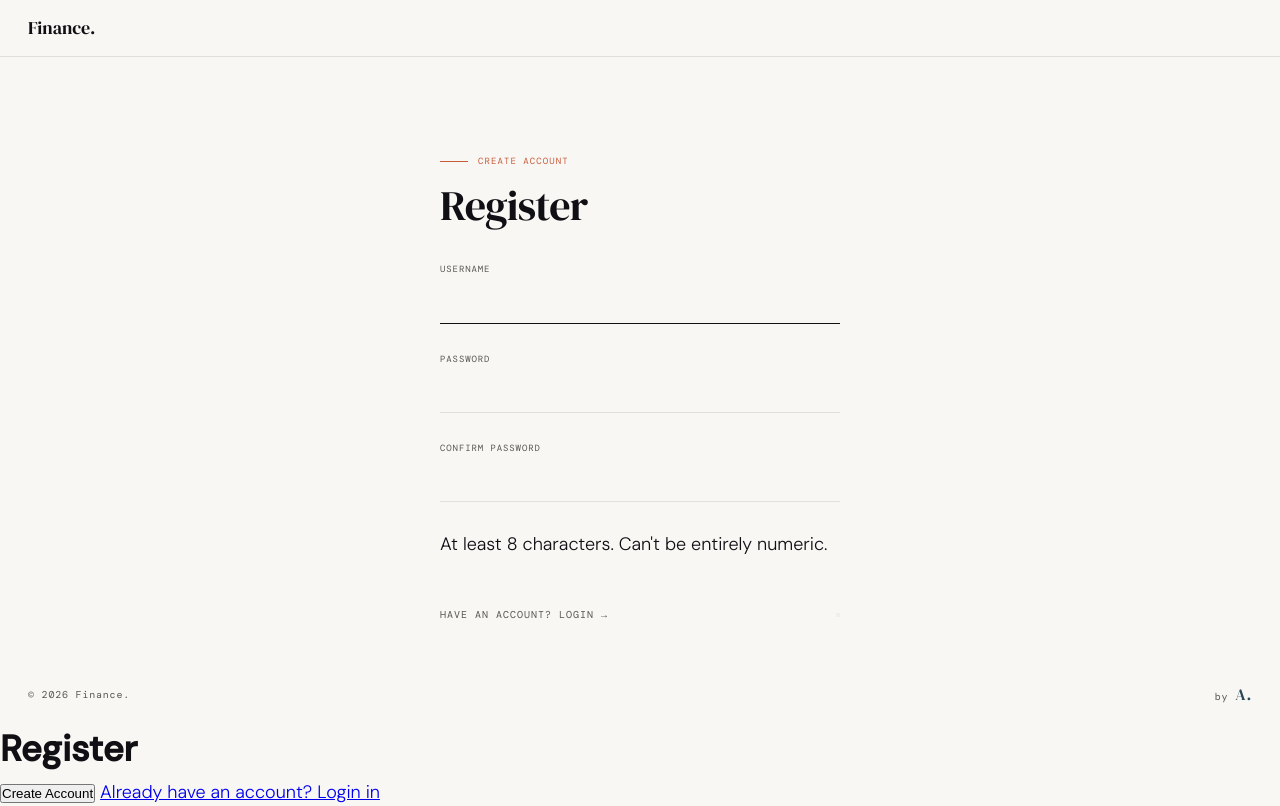
Repository: adtm0/Fined
Page: tracker/templates/tracker/register.html
The author's editor kept a copy of each file at every save. The page is drawn from the files as they stood at one save, then again after a run of saves.
The browser window is 1280 px wide. The pictures show the whole page.
Some web fonts or font styles are not loaded; a fallback is used. The template is drawn by Django 4.2. The application's start-up code is not run. Other server files are loaded and not shown. The template is opened directly, without the code that normally fills it, so the values that code supplies are empty.

Above is the page before, as saved 2026-05-01 21:50:04.

### tracker/templates/tracker/register.html
{% extends 'tracker/base.html' %}

{% block content %}
<div class="auth-page">
  <div class="auth-box">
    <div class="auth-header">
      <p class="section-label">Create account</p>
      <h1 class="auth-title">Register</h1>
    </div>

    {%if form.errors%}
      <p class="auth-error">Please fix the errors below.</p>
    {% endif %}

    <form method="POST">
      {% csrf_token %}
      <label>Username</label>
      <input type="text" name="username" autofocus>

      <label>Password</label>
      <input type="password" name="password1"></input>

      <label>Confirm password</label>
      <input type="password" name="password2"></input>

      <p class="auth-hint">At least 8 characters. Can't be entirely numeric.</p>

      <div class="auth-actions">
        <a href="/login/" class="auth-link">Have an account? Login →</a>
        <button></button>
      </div>

    </form>

  </div>
</div>
<h1 class="mb-4">Register</h1>

  <button type="submit" class="btn btn-primary">Create Account</button>
</form>
<a href="/login" class="mt-3 d-block">Already have an account? Login in</a>
{% endblock %}

### tracker/templates/tracker/base.html
{% load static %}
<!DOCTYPE html>
<html>
  <head>
    <meta name="viewport" content="width=device-width, initial-scale=1.0">
    <title>Fined</title>
    <link rel="stylesheet" href="{% static 'tracker/style.css' %}">
    <link rel="preconnect" href="https://fonts.googleapis.com">
    <link href="https://fonts.googleapis.com/css2?family=DM+Serif+Display:ital@0;1&family=DM+Mono:wght@300;400;500&family=DM+Sans:wght@300;400;500&display=swap" rel="stylesheet">
  </head>
  <body>
    <nav class="navbar">
      <a class="nav-brand" href="/dashboard/">Finance.</a>
      <div class="nav-links">
        {% if user.is_authenticated %}
          <a href="/dashboard/" class="{% if request.resolver_match.url_name == 'dashboard' %} active {% endif %}">Overview</a>
          <a href="/history/" class="{% if request.resolver_match.url_name == 'history' %} active {% endif %}">History</a>
          <a href="/logout/">Logout</a>
        {% endif %}
      </div>
    </nav>
    <div class="page-content">
      {% block content%}{% endblock %}
    </div>
    <footer class="site-footer">
      <span class="footer-copy">&#169; 2026 Finance.</span>
      <a href="https://adtm0.github.io/" target="_blank" class="footer-link">by <span class="footer-a">A.</span></a>
    </footer>
  </body>
</html>

### tracker/static/tracker/style.css
@import url('https://fonts.googleapis.com/css2?family=DM+Serif+Display:ital@0;1&family=DM+Mono:wght@300;400;500&family=DM+Sans:wght@300;400;500&display=swap');

* {
  margin: 0;
  padding: 0;
  box-sizing: border-box;
}

:root {
  --ink: #0f0f14;
  --paper: #f8f7f4;
  --paper2: #f0efe9;
  --muted-dark: #5a5751;
  --border: #e2e0db;
  --accent: #2a4858;
  --accent2: #c85c3a;
  --serif: 'DM Serif Display', serif;
  --sans: 'DM Sans', sans-serif;
  --mono: 'DM Mono', monospace;
}

html {
  font-size: 18px;
}

body {
  background-color: var(--paper);
  font-family: var(--sans);
  font-size: 1rem;
  color: var(--ink);
  font-weight: 300;
  line-height: 1.6;
}

/* ── AUTH PAGES ── */
.auth-page {
  min-height: calc(100vh - 57px);
  display: flex;
  align-items: center;
  justify-content: center;
}

.auth-box {
  width: 100%;
  max-width: 400px;
  padding: 48px 0;
}

.auth-header {
  margin-bottom: 36px;
}

.auth-title {
  font-family: var(--serif);
  font-size: 42px;
  font-weight: normal;
  letter-spacing: -0.02em;
  color: var(--ink);
  line-height: 1;
}

.auth-error {
  font-family: var(--mono);
  font-size: 10px;
  letter-spacing: 0.08em;
  text-transform: uppercase;
  color: var(--accent2);
  margin-bottom: 24px;
  padding-bottom: 16px;
  border-bottom: 1px solid var(--border);
}

.auth-box label {
  display: block;
  font-family: var(--mono);
  font-size: 9px;
  letter-spacing: 0.1em;
  text-transform: uppercase;
  color: var(--muted-dark);
  margin-bottom: 8px;
}

.auth-box input[type="text"],
.auth-box input[type="password"] {
  display: block;
  width: 100%;
  padding: 10px 0;
  font-family: var(--sans);
  font-size: 14px;
  color: var(--ink);
  background: transparent;
  border: none;
  border-bottom: 1px solid var(--border);
  outline: none;
  margin-bottom: 28px;
}

.auth-box input[type="text"]:focus,
.auth-box input[type="password"]:focus {
  border-bottom-color: var(--ink);
}

.auth-actions {
  display: flex;
  align-items: center;
  justify-content: space-between;
  margin-top: 48px;
  padding-top: 0;
  border-top: none;
}

.auth-link {
  font-family: var(--mono);
  font-size: 10px;
  letter-spacing: 0.1em;
  text-transform: uppercase;
  color: var(--muted-dark);
  text-decoration: none;
  transition: color 0.15s;
}

.auth-link:hover {
  color: var(--accent2);
}


/* ── NAVBAR ── */
.navbar {
  display: flex;
  justify-content: space-between;
  align-items: stretch;
  height: 57px;
  border-bottom: 1px solid var(--border);
  background-color: var(--paper);
  padding: 0 28px;
}

.nav-brand {
  font-family: var(--serif);
  font-size: 18px;
  text-decoration: none;
  color: var(--ink);
  display: flex;
  align-items: center;
}

.nav-brand:visited {
  color: var(--ink);
}

.nav-links {
  display: flex;
  align-items: stretch;
}

.nav-links a {
  font-family: var(--mono);
  font-size: 10px;
  letter-spacing: 0.1em;
  text-transform: uppercase;
  text-decoration: none;
  color: var(--muted-dark);
  display: flex;
  align-items: center;
  padding: 0 16px;
  transition: color 0.15s;
}

.nav-links a:hover {
  color: var(--accent2);
}

.nav-links a.active {
  background: var(--accent);
  color: #fff;
}

.page-content {
  overflow: auto;
}

/* ── FOOTER ── */
.site-footer {
  position: fixed;
  bottom: 0;
  left: 0;
  right: 0;
  display: flex;
  justify-content: space-between;
  align-items: center;
  padding: 12px 28px;
  background: var(--paper);
}

.footer-copy {
  font-family: var(--mono);
  font-size: 10px;
  letter-spacing: 0.08em;
  color: var(--muted-dark);
}

.footer-link {
  font-family: var(--mono);
  font-size: 10px;
  letter-spacing: 0.08em;
  color: var(--muted-dark);
  text-decoration: none;
  transition: color 0.15s;
}

.footer-link:hover{
  color: var(--ink);
}

.footer-a {
  font-family: var(--serif);
  font-size: 16px;
  color: var(--accent);
}

.footer-link:hover .footer-a {
  color: var(--accent2);
}

/* ── DASHBOARD GRID ── */
.dashboard-grid {
  display: grid;
  grid-template-columns: 1fr 2fr 1fr;
  min-height: calc(100vh - 57px - 45px);
  border: 1px solid var(--border);
  align-items: stretch;
}

/* ── LEFT PANEL ── */
.left-panel {
  border-right: 1px solid var(--border);
  display: flex;
  flex-direction: column;
}

.left-panel-hero {
  padding: 40px 32px;
  border-bottom: 1px solid var(--border);
}

/* Only "Financial Overview" gets the orange line eyebrow */
.section-label {
  display: flex;
  align-items: center;
  gap: 10px;
  font-family: var(--mono);
  font-size: 9px;
  letter-spacing: 0.12em;
  color: var(--accent2);
  text-transform: uppercase;
  margin-bottom: 16px;
}

.section-label::before {
  content: '';
  display: inline-block;
  width: 28px;
  height: 1px;
  background: var(--accent2);
  flex-shrink: 0;
}

.greeting {
  font-family: var(--serif);
  font-size: 42px;
  font-weight: normal;
  line-height: 1.15;
  letter-spacing: -0.01em;
  margin-bottom: 10px;
}

.greeting em {
  color: var(--accent);
  font-style: italic;
}

.subtext {
  font-family: var(--sans);
  font-size: 12px;
  color: var(--muted-dark);
  font-weight: 300;
  line-height: 1.6;
}

/* Stats */
.stat-block {
  display: flex;
  flex-direction: column;
}

.stat {
  padding: 24px 32px;
  border-bottom: 1px solid var(--border);
}

.stat h2 {
  font-family: var(--serif);
  font-size: 36px;
  font-weight: normal;
  letter-spacing: -0.02em;
  line-height: 1;
  color: var(--ink);
}

.stat p {
  font-family: var(--mono);
  font-size: 9px;
  letter-spacing: 0.1em;
  text-transform: uppercase;
  color: var(--muted-dark);
  margin-top: 4px;
}

/* ── MIDDLE PANEL ── */
.middle-panel {
  border-right: 1px solid var(--border);
  display: flex;
  flex-direction: column;
}

.analytics-box {
  padding: 32px 48px;
  border-bottom: 1px solid var(--border);
  flex: none;
  height: 420px;
  overflow: hidden;
}

.analytics-header {
  display: flex;
  align-items: center;
  justify-content: space-between;
  margin-bottom: 24px;
}

.analytics-title {
  font-family: var(--serif);
  font-size: 20px;
  color: var(--ink);
  font-style: italic;
}

/* Wallets */
.wallets-box {
  padding: 32px 36px;
}

.wallets-header {
  display: flex;
  justify-content: space-between;
  align-items: center;
  margin-bottom: 14px;
}

.wallets-title {
  font-family: var(--serif);
  font-size: 20px;
  color: var(--ink);
  font-style: italic;
}

.add-link {
  font-family: var(--mono);
  font-size: 9px;
  letter-spacing: 0.1em;
  text-transform: uppercase;
  color: var(--muted-dark);
  text-decoration: none;
  padding: 5px 12px;
  border: 1px solid var(--border);
  transition: color 0.15s;
}

.add-link:hover {
  color: var(--accent2);
}

.wallet-item {
  display: flex;
  justify-content: space-between;
  align-items: center;
  padding: 10px 0;
  border-top: 1px solid var(--border);
}

.wallet-item:last-child {
  border-bottom: 1px solid var(--border);
}

.wallet-item a {
  font-family: var(--serif);
  font-size: 14px;
  color: var(--accent);
  text-decoration: none;
}

.wallet-balance {
  font-family: var(--mono);
  font-size: 11px;
  font-weight: 300;
  letter-spacing: 0.1em;
  text-transform: uppercase;
  color: var(--ink);
}

.empty-link {
  font-family: var(--mono);
  font-size: 10px;
  letter-spacing: 0.06em;
  text-transform: uppercase;
  color: var(--muted-dark);
  text-decoration: none;
  display: block;
  padding: 12px 0;
  border-top: 1px solid var(--border);
}

.empty-link:hover {
  color: var(--accent2);
}

/* ── RIGHT PANEL ── */
.right-panel {
  background: var(--paper2);
  display: flex;
  flex-direction: column;
}

.total-balance-box {
  padding: 36px 32px;
  border-bottom: 1px solid var(--border);
}

.balance-eyebrow {
  font-family: var(--mono);
  font-size: 9px;
  letter-spacing: 0.1em;
  text-transform: uppercase;
  color: var(--muted-dark);
  margin-bottom: 10px;
}

.total-balance-box h1 {
  font-family: var(--serif);
  font-size: 48px;
  font-weight: normal;
  letter-spacing: -0.02em;
  line-height: 1;
  color: var(--ink);
}

.balance-sub {
  font-family: var(--sans);
  font-size: 11px;
  color: var(--muted-dark);
  margin-top: 6px;
  font-weight: 300;
}

/* Actions */
.actions-box {
  padding: 28px 32px;
  border-top: 1px solid var(--border);
  margin-top: auto;
}

.actions-label {
  font-family: var(--mono);
  font-size: 9px;
  letter-spacing: 0.1em;
  text-transform: uppercase;
  color: var(--muted-dark);
  margin-bottom: 14px;
}

.action-btn {
  display: flex;
  align-items: center;
  justify-content: space-between;
  padding: 12px 0;
  font-family: var(--mono);
  font-size: 11px;
  letter-spacing: 0.1em;
  text-transform: uppercase;
  text-decoration: none;
  color: var(--ink);
  border-bottom: 1px solid var(--border);
  background: transparent;
  width: 100%;
  cursor: pointer;
  transition: color 0.15s;
  border: none;
  border-bottom: 1px solid var(--border);
  appearance: none;
  -webkit-appearance: none;
}

a.action-btn {
  display: flex;
  align-items: center;
  justify-content: space-between;
}
.action-btn:first-of-type {
  border-top: 1px solid var(--border);
}

.action-btn::after {
  content: '→';
  font-family: var(--mono);
  font-size: 11px;
  color: inherit;
}

.action-btn:hover {
  color: var(--accent2);
}

/* Recent */
.recent-box {
  padding: 28px 32px;
  flex: 1;
}

.recent-label {
  font-family: var(--mono);
  font-size: 9px;
  letter-spacing: 0.1em;
  text-transform: uppercase;
  color: var(--muted-dark);
  margin-bottom: 12px;
}

.recent-item {
  font-family: var(--sans);
  font-size: 13px;
  color: var(--ink);
  padding: 10px 0;
  border-bottom: 1px solid var(--border);
}

.recent-item:first-of-type {
  border-top: 1px solid var(--border);
}

.recent-empty {
  font-family: var(--mono);
  font-size: 9px;
  color: var(--muted-dark);
  letter-spacing: 0.06em;
  text-transform: uppercase;
  padding: 10px 0;
  border-top: 1px solid var(--border);
}

/* ── HISTORY PAGE ── */
.history-page {
  padding: 48px 56px;
  max-width: 1100px;
}

.history-title {
  font-family: var(--serif);
  font-size: 42px;
  font-weight: normal;
  letter-spacing: -0.02em;
  color: var(--ink);
  margin-bottom: 40px;
}

.history-table {
  width: 100%;
  border-collapse: collapse;
}

.history-table thead tr {
  border-bottom: 1px solid var(--border);
}

.history-table th {
  font-family: var(--mono);
  font-size: 9px;
  letter-spacing: 0.1em;
  text-transform: uppercase;
  color: var(--muted-dark);
  text-align: left;
  padding: 0 0 12px 0;
  font-weight: 400;
}

.history-table td {
  font-family: var(--sans);
  font-size: 13px;
  color: var(--ink);
  padding: 14px 0;
  border-bottom: 1px solid var(--border);
}

/* Type column - income green, expense orange */
.history-table td:nth-child(3) {
  font-family: var(--mono);
  font-size: 9px;
  letter-spacing: 0.08em;
  text-transform: uppercase;
}

.type-badge {
  display: inline-block;
  padding: 3px 10px;
  font-family: var(--mono);
  font-size: 9px;
  letter-spacing: 0.08em;
  text-transform: uppercase;
  min-width: 70px;
  text-align: center;
}

.type-badge.income {
  background: #dde6eb;
  color: #1d3340;
}

.type-badge.expense {
  background: #f7e4dc;
  color: #9e3f22;
}

/* Amount column - mono */
.history-table td:nth-child(4) {
  font-family: var(--mono);
  font-size: 13px;
  font-weight: 500;
}

/* ── MODAL ── */
.modal-overlay {
  display: none;
  position: fixed;
  inset: 0;
  background: rgba(15, 15, 20, 0.5);
  z-index: 100;
  align-items: center;
  justify-content: center;
}

.modal {
  background: var(--paper);
  padding: 40px 36px;
  width: 100%;
  max-width: 420px;
  border: 1px solid var(--border)
}

.modal-title {
  font-family: var(--serif);
  font-size: 28px;
  font-weight: normal;
  color: var(--ink);
  margin-bottom: 28px;
}

.modal label {
  display: block;
  font-family: var(--mono);
  font-size: 9px;
  letter-spacing: 0.1em;
  text-transform: uppercase;
  color: var(--muted-dark);
  margin-bottom: 8px;
}

.modal input[type="text"],
.modal input[type="number"],
.modal select {
  display: block;
  width: 100%;
  padding: 10px 0;
  font-family: var(--sans);
  font-size: 14px;
  color: var(--ink);
  background: transparent;
  border: none;
  border-bottom: 1px solid var(--border);
  outline: none;
  margin-bottom: 24px;
}

.modal select {
  appearance: none;
  -webkit-appearance: none;
  background-image: url("data:[embedded picture, 215 characters]");
  background-repeat: no-repeat;
  background-position: right 4px center;
  padding-right: 24px;
  cursor: pointer;
}

.modal input[type="date"] {
  display: block;
  width: 100%;
  padding: 10px 0;
  font-family: var(--sans);
  font-size: 14px;
  color: var(--ink);
  background: transparent;
  border: none;
  border-bottom: 1px solid var(--border);
  outline: none;
  margin-bottom: 24px;
  cursor: pointer;
  -webkit-appearance: none;
  appearance: none
}
.modal input[type="date"]::-webkit-calendar-picker-indicator {
  opacity: 0.35;
  cursor: pointer;
  filter: invert(0.3);
  margin-left: auto;
}

.modal input[type="number"]::-webkit-inner-spin-button,
.modal input[type="number"]::-webkit-outer-spin-button {
  opacity: 0.3;
}

.modal input[type="text"]:focus,
.modal input[type="number"]:focus,
.modal select:focus {
  border-bottom-color: var(--ink);
}

.modal-actions {
  display: flex;
  align-items: center;
  justify-content: flex-end;
  gap: 16px;
  margin-top: 32px;
  padding-top: 24px;
  border-top: 1px solid var(--border);
}

.modal-cancel {
  font-family: var(--mono);
  font-size: 10px;
  letter-spacing: 0.1em;
  text-transform: uppercase;
  background: transparent;
  color: var(--muted-dark);
  border: none;
  cursor: pointer;
  transition: color 0.15s;
  padding: 10px 16px
}

.modal-cancel:hover {
  color: var(--ink);
}

.modal-submit {
  font-family: var(--mono);
  font-size: 10px;
  letter-spacing: 0.1em;
  text-transform: uppercase;
  background: var(--ink);
  color: var(--paper);
  border: none;
  padding: 10px 24px;
  cursor: pointer;
  transition: background 0.15s;
}

.modal-submit:hover {
  background: var(--accent);
}

/* ── ANALYTICS SLIDE NAV ── */
.slides-wrapper {
  position: relative;
  display: flex;
  align-items: center;
  gap: 8px;
}
.slides-content {
  flex: 1;
  min-width: 0;
}

.slide-btn {
  position: absolute;
  top: 50%;
  transform: translateY(-50%);
  z-index: 1;
  background: none;
  border: none;
  font-family: var(--serif);
  font-size: 20px;
  color: var(--muted-dark);
  cursor: pointer;
  padding: 0 4px;
  line-height: 1;
  transition: color 0.15s;
}

.slide-btn:first-child {
  left: -20px;
}
.slide-btn:last-child {
  right: -20px;
}

.slide-btn:hover {
  color: var(--ink);
}

.slide-dots {
  display: flex;
  justify-content: center;
  gap: 6px;
  padding: 10px 0 0;
}

.slide-dot {
  width: 6px;
  height: 6px;
  border-radius: 50%;
  background: var(--border);
  cursor: pointer;
  transition: background 0.2s;
}

.slide-dot.active {
  background: var(--muted-dark);
}

/* ── CALENDAR ── */
.calendar-month-label {
  font-family: var(--mono);
  font-size: 9px;
  letter-spacing: 0.12em;
  text-transform: uppercase;
  color: var(--muted-dark);
  min-width: 80px;
  text-align: center;
  margin-bottom: 0;
}

.calendar-grid {
  display: grid;
  grid-template-rows: repeat(6, 1fr);
  grid-template-columns: repeat(7, 1fr);
  height: calc(100% - 80px);
  gap: 2px;
}

.cal-header {
  font-family: var(--mono);
  font-size: 8px;
  letter-spacing: 0.08em;
  text-transform: uppercase;
  color: var(--muted-dark);
  text-align: center;
  padding-bottom: 6px;
}

.cal-cell {
  min-height: 36px;
  padding: 4px 2px;
  display: flex;
  flex-direction: column;
  align-items: center;
  gap: 3px;
}

.cal-day-num {
  font-family: var(--mono);
  font-size: 10px;
  color: var(--ink);
}

.cal-today .cal-day-num {
  background: var(--paper);
  border: 2px solid var(--accent);
  border-radius: 50%;
  width: 18px;
  height: 18px;
  display: flex;
  align-items: center;
  justify-content: center;
  font-size: 9px;
}

.cal-dots {
  display: flex;
  gap: 2px;
}

.cal-dot {
  width: 5px;
  height: 5px;
  border-radius: 50%;
}

.cal-dot.income {
  background: var(--accent);
}

.cal-dot.expense {
  background: var(--accent2);
}

.cal-month-nav {
  display: flex;
  align-items: center;
  justify-content: center;
  gap: 16px;
  margin-bottom: 36px;
}

.cal-nav-btn {
  display: inline;
  font-family: var(--serif);
  font-size: 18px;
  color: var(--muted-dark);
  text-decoration: none;
  padding: 0 4px;
  transition: color 0.15s;
  line-height: 1;
}

.cal-nav-btn:hover {
  color: var(--ink);
}

After the next 3 saves:
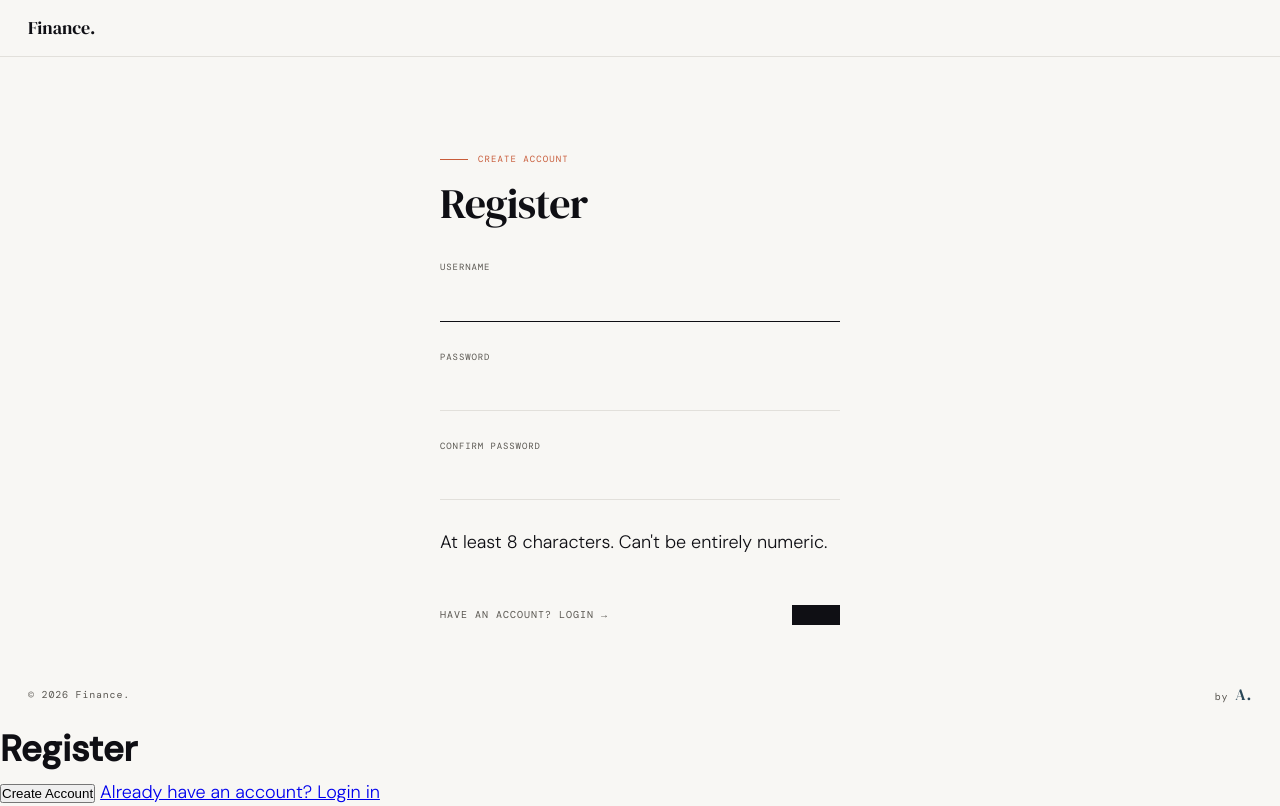
The 3 saves are shown as one change because they came seconds apart.
The last was saved 12 s later.
--- a/tracker/templates/tracker/register.html
+++ b/tracker/templates/tracker/register.html
@@ -27,7 +27,7 @@
 
       <div class="auth-actions">
         <a href="/login/" class="auth-link">Have an account? Login →</a>
-        <button></button>
+        <button type="submit" class="modal-submit"></button>
       </div>
 
     </form>
